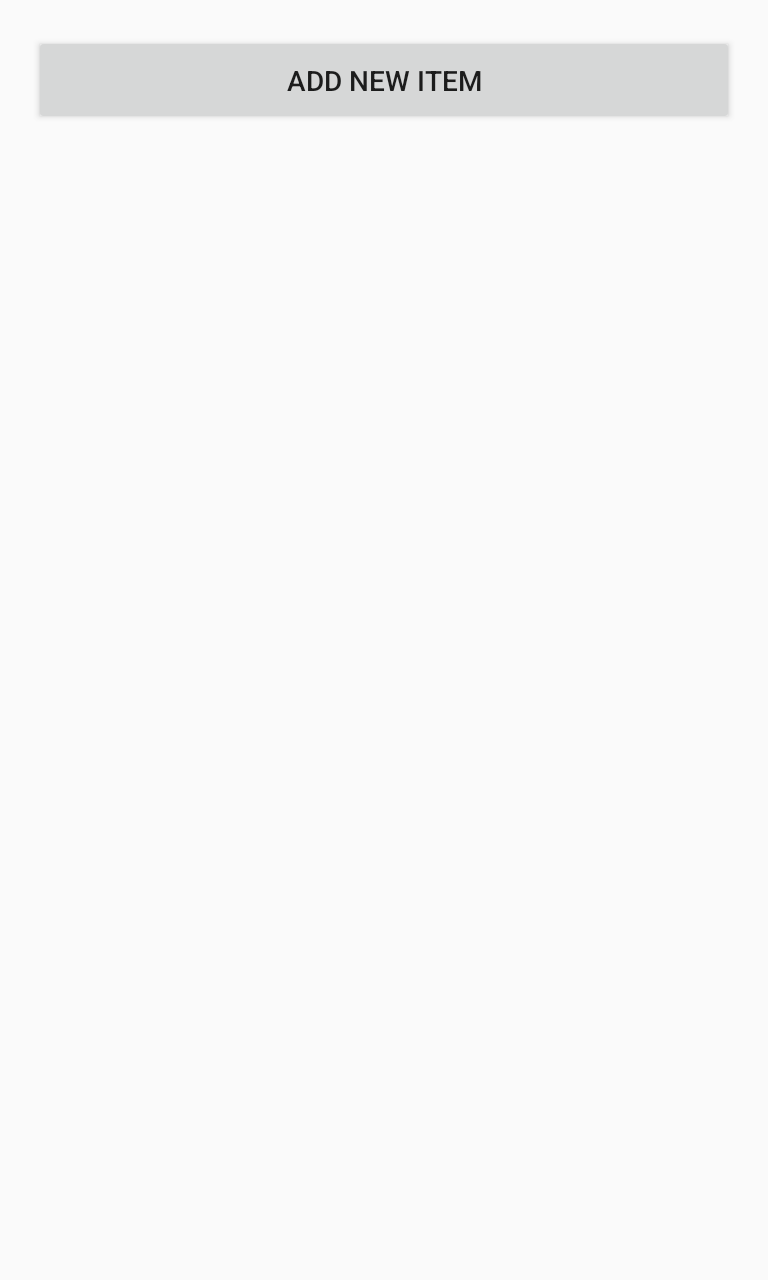
Repository: any027/BillHelper
Layout: BillHelper/res/layout/split_bill.xml
An editor plug-in stored every save of this project. The layout is shown before and after the next save, followed by the edit.
It is drawn on a 768 x 1280 px phone screen (xhdpi) without system bars, with theme AppTheme; the app's code is not run. Lists and similar views that code fills are empty.

Above is the layout before, as saved 2015-07-04 03:24:17.

### BillHelper/res/layout/split_bill.xml
<RelativeLayout xmlns:android="http://schemas.android.com/apk/res/android"
    xmlns:tools="http://schemas.android.com/tools"
    android:layout_width="match_parent"
    android:layout_height="match_parent"
    android:paddingBottom="@dimen/activity_vertical_margin"
    android:paddingLeft="@dimen/activity_horizontal_margin"
    android:paddingRight="@dimen/activity_horizontal_margin"
    android:paddingTop="@dimen/activity_vertical_margin"
    tools:context="com.example.billhelper.MainActivity$PlaceholderFragment" >

    <TextView
        android:id="@+id/section_label"
        android:layout_width="wrap_content"
        android:layout_height="wrap_content" />
    <Button
        android:id="@+id/addBtn"
        android:text="Add New Item"
        android:layout_width="fill_parent"
        android:layout_height="wrap_content"
        android:onClick="addItems"/>
    <ListView
        android:id="@android:id/list"
        android:layout_width="fill_parent"
        android:layout_height="fill_parent"
        android:drawSelectorOnTop="false" />

</RelativeLayout>

### BillHelper/res/values/strings.xml
<?xml version="1.0" encoding="utf-8"?>
<resources>

    <string name="app_name">Bill helper</string>
    <string name="title_section1">Home Screen</string>
    <string name="title_section2">How much do I tip?</string>
    <string name="title_section3">How much did I tip?</string>
    <string name="title_section4">I want to split the Bill</string>
    <string name="navigation_drawer_open">Open navigation drawer</string>
    <string name="navigation_drawer_close">Close navigation drawer</string>
    <string name="action_example">Example action</string>
    <string name="action_settings">Settings</string>
    <string name="welcome">Welcome to Bill Helper!</string>
    <string name="welcome_question">What do you need help with?</string>
    <string name="did_i_tip">How much did I tip?</string>
    <string name="do_i_tip">How much is tip?</string>
    <string name="splitting">I want to split the bill</string>
    <string name="bill_total">What was the total?</string>
    <string name="percent_tip">How much do you want to tip?</string>

</resources>

Loaded but not shown: BillHelper/res/values/styles.xml (common file); BillHelper/res/values-v11/styles.xml (common file); BillHelper/res/values-v14/styles.xml (common file); BillHelper/res/values/dimens.xml (common file); BillHelper/res/values-w820dp/dimens.xml (common file)

After the next save:
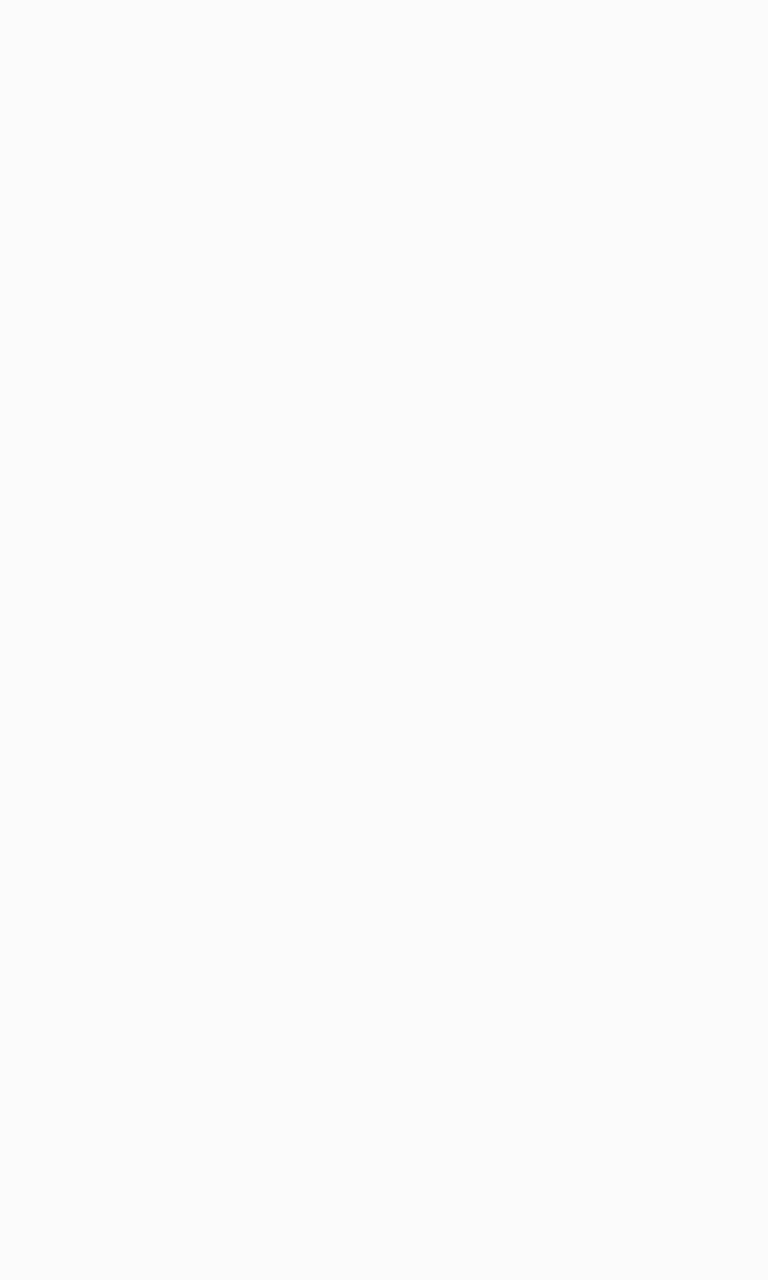
Saved 8 min 27 s later.
--- a/BillHelper/res/layout/split_bill.xml
+++ b/BillHelper/res/layout/split_bill.xml
@@ -12,16 +12,6 @@
         android:id="@+id/section_label"
         android:layout_width="wrap_content"
         android:layout_height="wrap_content" />
-    <Button
-        android:id="@+id/addBtn"
-        android:text="Add New Item"
-        android:layout_width="fill_parent"
-        android:layout_height="wrap_content"
-        android:onClick="addItems"/>
-    <ListView
-        android:id="@android:id/list"
-        android:layout_width="fill_parent"
-        android:layout_height="fill_parent"
-        android:drawSelectorOnTop="false" />
+
 
 </RelativeLayout>

After the save that followed:
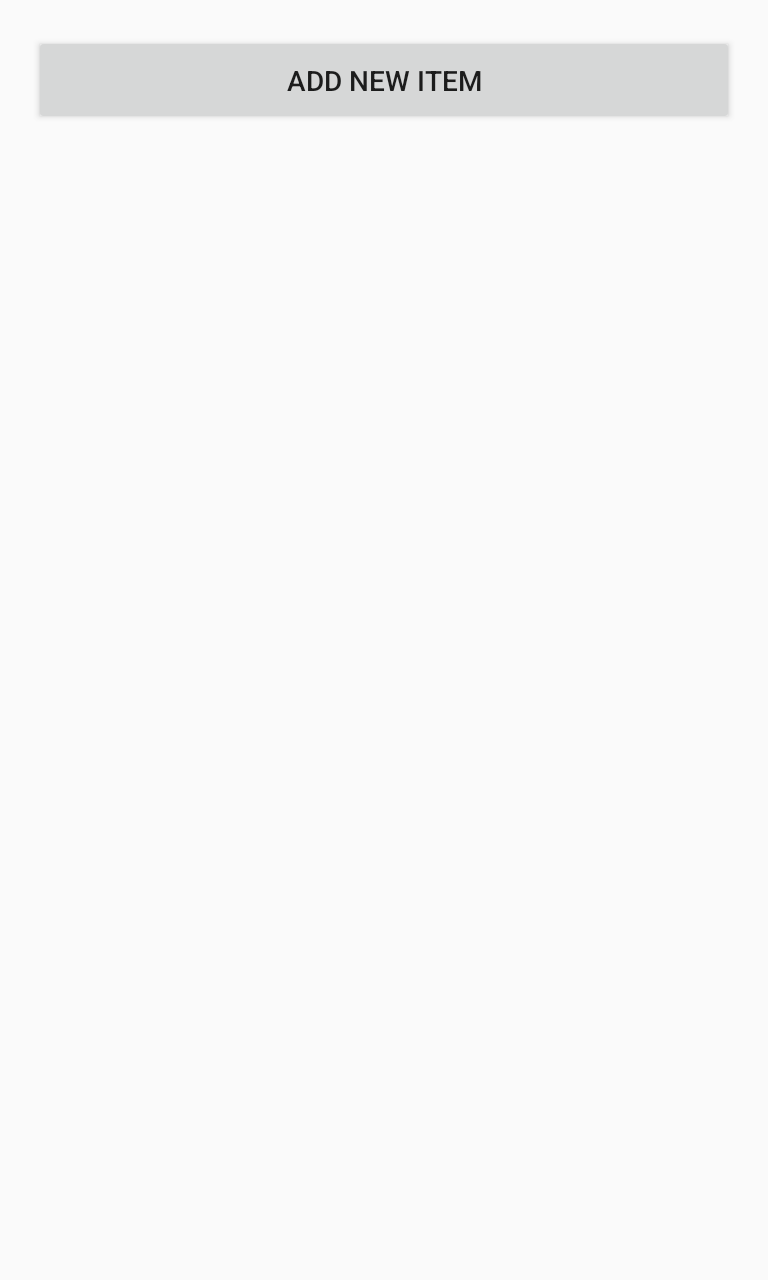
Saved 5 s later.
--- a/BillHelper/res/layout/split_bill.xml
+++ b/BillHelper/res/layout/split_bill.xml
@@ -13,5 +13,23 @@
         android:layout_width="wrap_content"
         android:layout_height="wrap_content" />
 
+    <TextView
+        android:id="@+id/textView1"
+        android:layout_width="wrap_content"
+        android:layout_height="wrap_content"
+        android:layout_centerHorizontal="true"
+        android:text="@string/splitting"
+        android:textAppearance="?android:attr/textAppearanceLarge" />
+    <Button
+        android:id="@+id/addBtn"
+        android:text="Add New Item"
+        android:layout_width="fill_parent"
+        android:layout_height="wrap_content"
+        android:onClick="addItems"/>
+    <ListView
+        android:id="@android:id/list"
+        android:layout_width="fill_parent"
+        android:layout_height="fill_parent"
+        android:drawSelectorOnTop="false" />
 
 </RelativeLayout>
